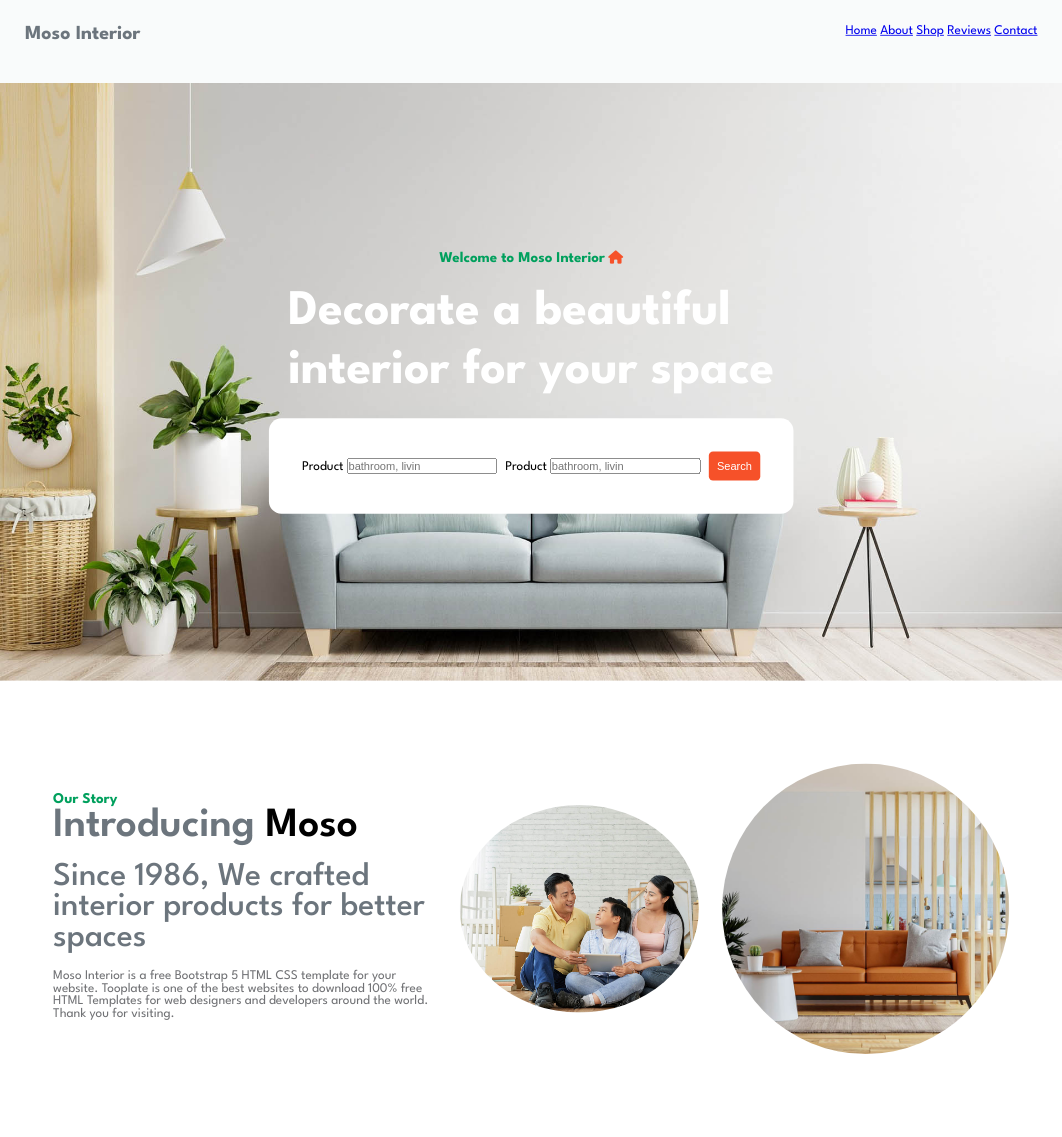
Repository: mariamnabil23/furniture
Page: index.html
These files come from the project's save history. The page is drawn as it stood at one moment and after the next save; the edit follows.
The browser window is 1280 px wide. The pictures show the whole page, at 83% of full size.
Some web fonts or font styles are not loaded; a fallback is used.

Above is the page before, as saved 2024-10-30 16:29:34.

After the next save:
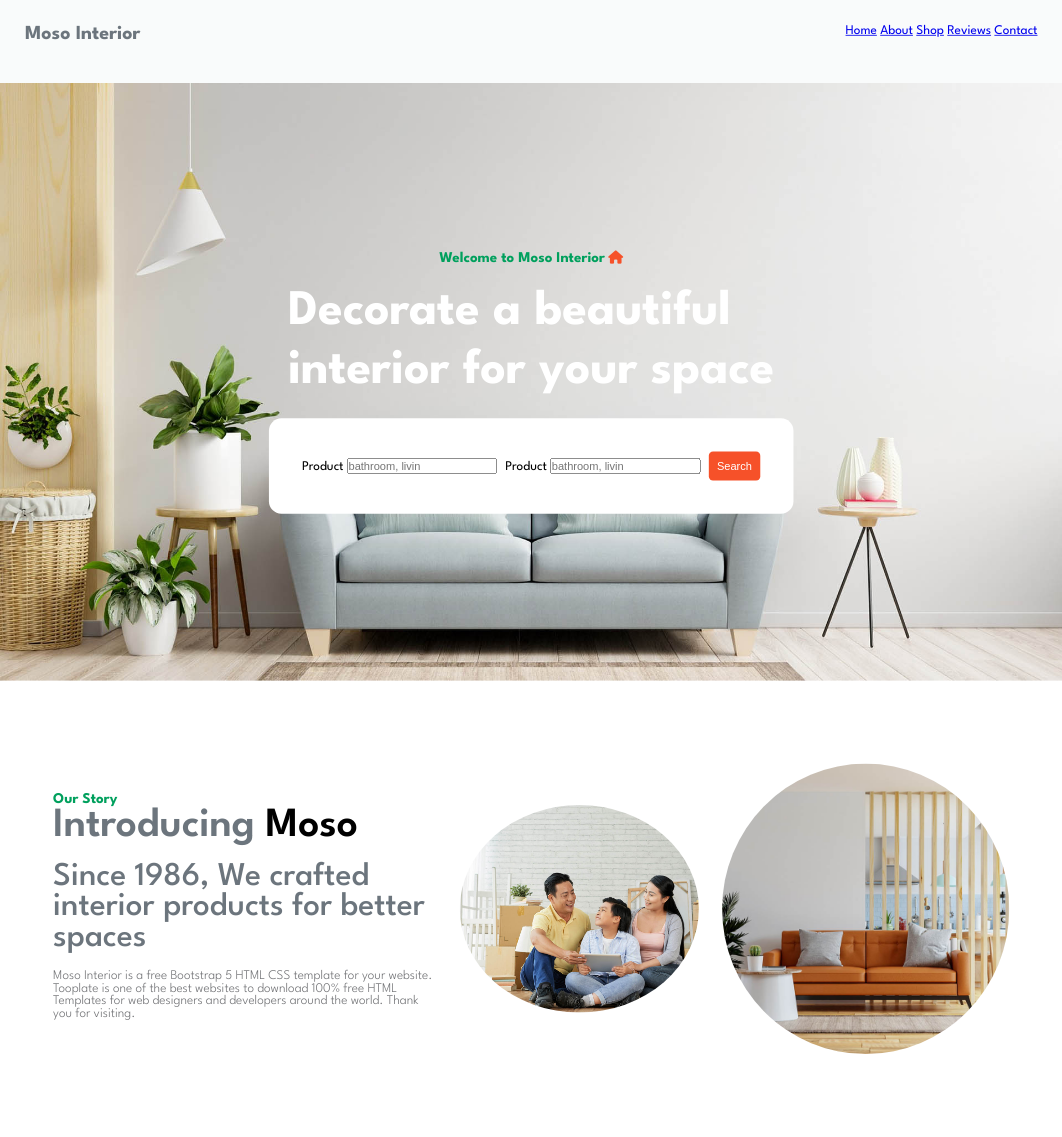
Saved 4 s later.
--- a/style.css
+++ b/style.css
@@ -147,5 +147,5 @@ ul{
 .about .left p{
     color: #717275;
     font-size: 16px;
-    fon
+    font-weight: 300;
 }
